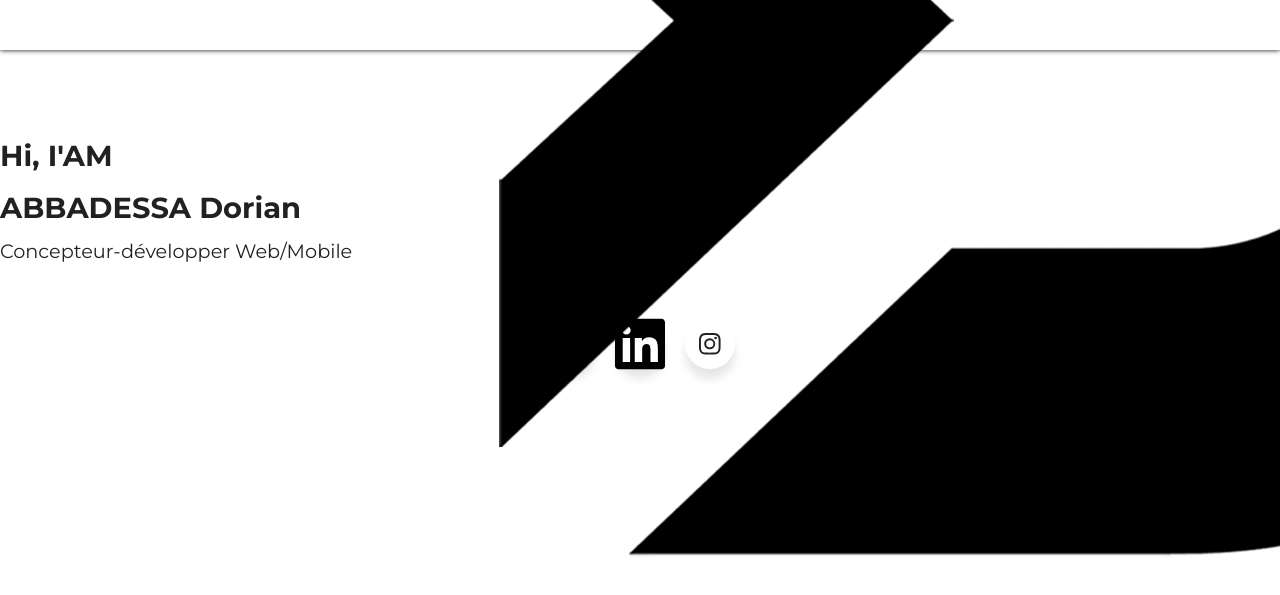
Repository: DorianABDS/Portfolio-ABBADESSA-Dorian
Page: index.html
These files come from the project's save history. The page is drawn as it stood at one moment and after the next save; the edit follows.
The browser window is 1280 px wide. The pictures show the window.
A layer covers the whole window, so only the first screen is drawn.

Above is the page before, as saved 2024-11-27 23:12:31.

After the next save:
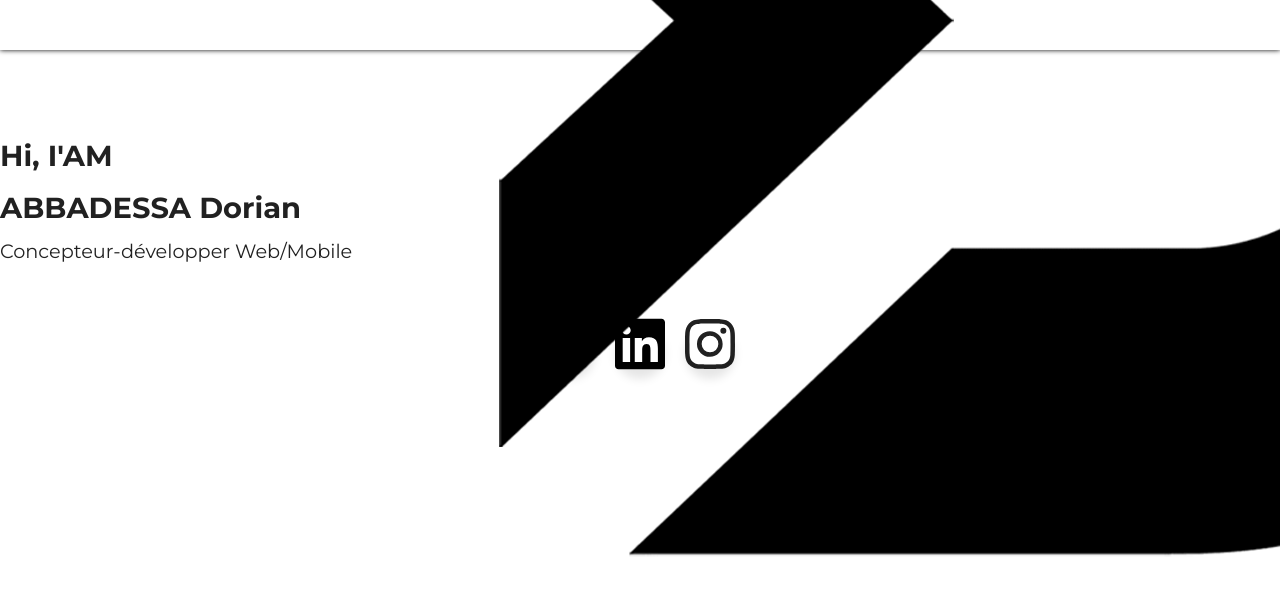
Saved 20 s later.
--- a/index.html
+++ b/index.html
@@ -49,7 +49,6 @@
                       <span class="tooltip">Instagram</span>
                       <svg
                         xmlns="http://www.w3.org/2000/svg"
-                        height="1.2em"
                         fill="currentColor"
                         class="bi bi-instagram"
                         viewBox="0 0 16 16"
